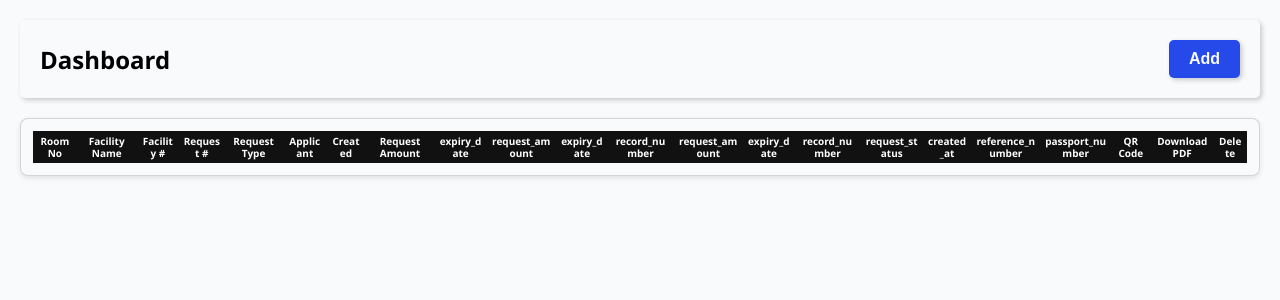
Repository: irfan-shah-sherani/Travel-Tour
Page: public/index.html
The author's editor kept a copy of each file at every save. The page is drawn from the files as they stood at one save, then again after a run of saves.
The browser window is 1280 px wide. The pictures show the whole page.
The page's requests for data from a server got no answer.

Above is the page before, as saved 2025-07-11 04:58:50.

After the next 4 saves:
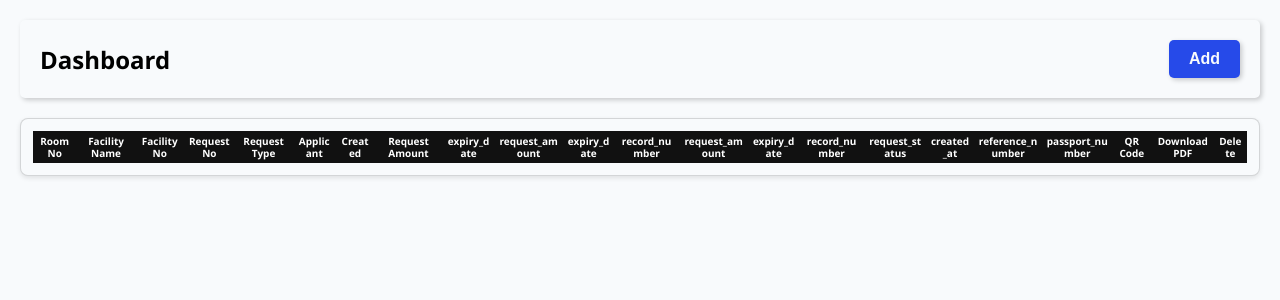
The 4 saves are shown as one change because they came seconds apart.
The last was saved 15 s later.
--- a/public/index.html
+++ b/public/index.html
@@ -36,8 +36,8 @@
           <tr>
             <th>Room No</th>
           <th>Facility Name</th>
-          <th>Facility #</th>
-          <th>Request #</th>
+          <th>Facility No</th>
+          <th>Request No</th>
           <th>Request Type</th>
           <th>Applicant</th>
           <th>Created</th>
